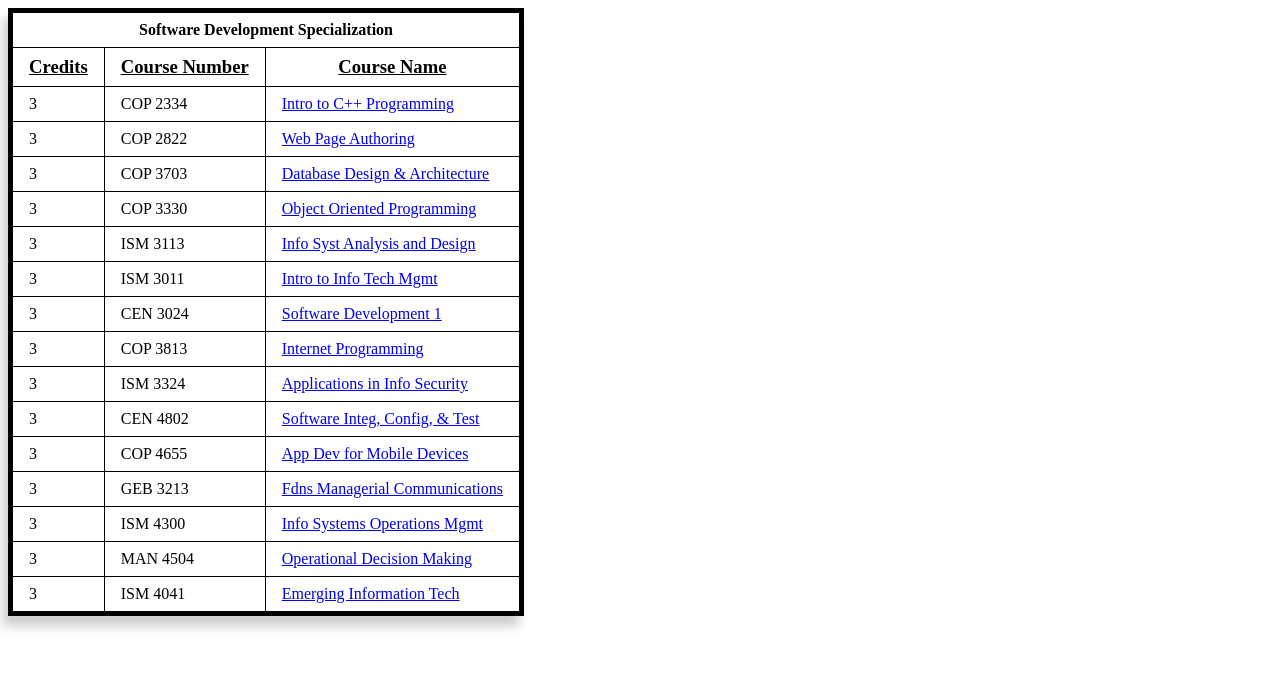
Repository: mlmEFSC21/P5-DegreeTableStyling
Page: FormattedProgramSpecialization2.html
The author's editor kept a copy of each file at every save. The page is drawn from the files as they stood at one save, then again after the next save.
The browser window is 1280 px wide. The pictures show the whole page.
Some web fonts or font styles are not loaded; a fallback is used.

Above is the page before, as saved 2022-02-07 16:21:09.

After the next save:
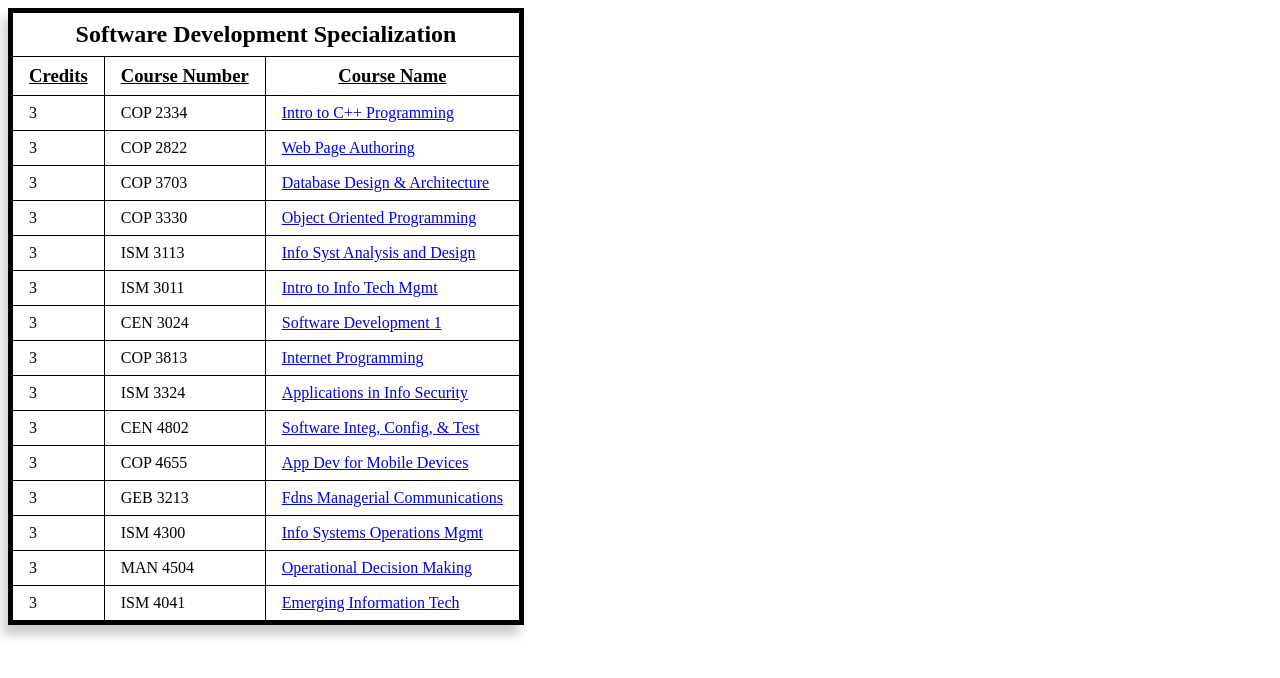
Saved 81 s later.
--- a/FormattedProgramSpecialization2.html
+++ b/FormattedProgramSpecialization2.html
@@ -48,7 +48,7 @@
     <body>
         <table>
             <thead>
-                <tr>
+                <tr class="tableTitle">
                     <th colspan="3">Software Development Specialization</th>
                 </tr>
                 <tr class="colTitles">
